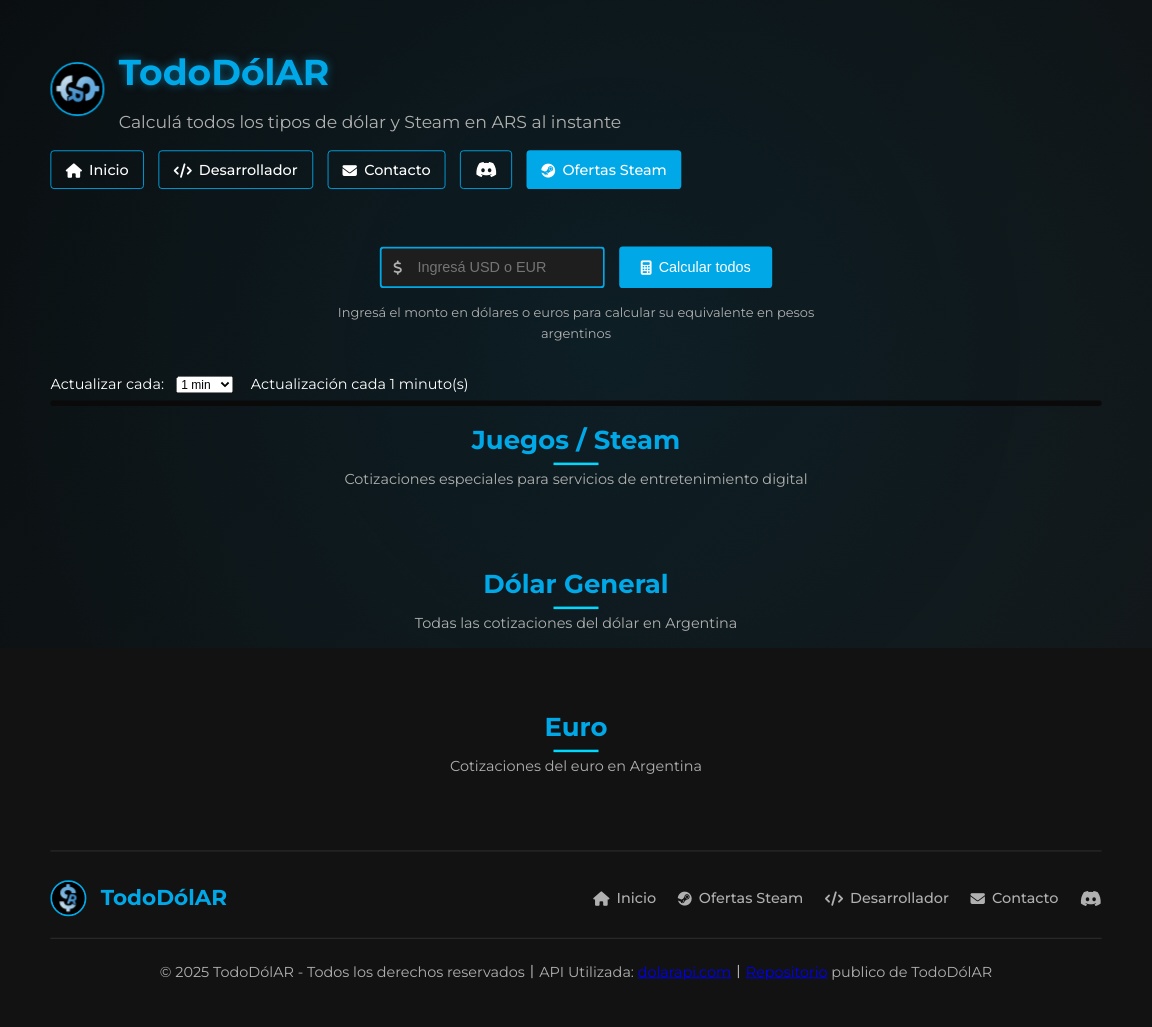
Repository: FabriDevelope/todod-lar-ar
Page: inicio/index.html
An editor plug-in stored every save of this project. The page is shown before and after the next save, followed by the edit.
The browser window is 1280 px wide. The pictures show the whole page, at 90% of full size.
The page's requests for data from a server got no answer.

Above is the page before, as saved 2025-09-06 23:19:35.

### inicio/index.html
<!DOCTYPE html>
<html lang="es">
<head>
    <meta charset="UTF-8">
    <meta name="viewport" content="width=device-width, initial-scale=1.0">
    <title>TodoDólAR - Calculá todos los tipos de dólar y Steam en ARS al instante</title>
    <link rel="stylesheet" href="../css/style.css">
    <link rel="icon" type="image/png" href="favicon.png">
    <link href="https://fonts.googleapis.com/css2?family=Montserrat:wght@400;500;700&display=swap" rel="stylesheet">
    <link rel="stylesheet" href="https://cdnjs.cloudflare.com/ajax/libs/font-awesome/6.4.0/css/all.min.css">
</head>
<body>
    <!-- Fondo animado -->
    <div class="animated-bg"></div>

    <div class="container">
        <!-- Header -->
        <header class="header">
            <div class="header-content">
                <div class="header-logo">
                    <img src="../logo/logo.png" alt="TodoDólar-AR Logo" class="logo-img">
                    <div>
                        <h1 class="header-title">TodoDólAR</h1>
                        <p class="header-subtitle">Calculá todos los tipos de dólar y Steam en ARS al instante</p>
                    </div>
                </div>
                <div class="header-links">
                    <a href="index.html" class="dev-link">
                        <i class="fas fa-home"></i> Inicio
                    </a>
                    <a href="../desarrollador/index.html" target="_blank" class="dev-link">
                        <i class="fas fa-code"></i> Desarrollador
                    </a>
                    <a href="../contacto/index.html" class="dev-link">
                        <i class="fas fa-envelope"></i> Contacto
                    </a>
                    <a href="../discord-invite/index.html" target="_blank" class="dev-link discord-link">
                        <i class="fab fa-discord"></i>
                    </a>
                    <a href="../ofertas-steam/index.html" target="_blank" class="steam-btn">
                        <i class="fab fa-steam"></i> Ofertas Steam
                    </a>
                </div>
            </div>
        </header>

        <!-- Input de cálculo -->
        <section class="calculation-section">
            <div class="input-container">
                <div class="input-group">
                    <i class="fas fa-dollar-sign input-icon"></i>
                    <input type="number" id="currency-input" placeholder="Ingresá USD o EUR" step="0.01" min="0">
                </div>
                <button id="calculate-all-btn" class="calculate-btn">
                    <i class="fas fa-calculator"></i> Calcular todos
                </button>
            </div>
            <p class="input-description">Ingresá el monto en dólares o euros para calcular su equivalente en pesos argentinos</p>
        </section>

        <div id="update-container" style="margin: 15px 0;">
            <label for="update-interval-select" style="color: var(--light-text); margin-right: 10px;">Actualizar cada:</label>
            <select id="update-interval-select">
                <option value="60000">1 min</option>
                <option value="300000">5 min</option>
                <option value="900000">15 min</option>
                <option value="3600000">1 hora</option>
            </select>
            <span id="update-text" style="color: var(--light-text); margin-left: 15px;">Actualización cada 1 minuto(s)</span>
            <div id="update-bar-container" style="background: var(--darker-bg); border-radius: 5px; overflow: hidden; height: 6px; margin-top: 5px;">
                <div id="update-bar" style="height: 100%; width: 0%; background: var(--accent-color); transition: width 0.1s linear;"></div>
            </div>
        </div>





        <!-- Tarjetas de Juegos/Steam -->
        <section class="card-section">
            <div class="section-header">
                <h2 class="section-title">Juegos / Steam</h2>
                <p class="section-description">Cotizaciones especiales para servicios de entretenimiento digital</p>
            </div>
            <div class="cards-grid" id="steam-cards">
                <!-- Las tarjetas se generarán con JavaScript -->
            </div>
        </section>

        <!-- Tarjetas de Dólar General -->
        <section class="card-section">
            <div class="section-header">
                <h2 class="section-title">Dólar General</h2>
                <p class="section-description">Todas las cotizaciones del dólar en Argentina</p>
            </div>
            <div class="cards-grid" id="general-cards">
                <!-- Las tarjetas se generarán con JavaScript -->
            </div>
        </section>

        <!-- Tarjetas de Euro -->
        <section class="card-section">
            <div class="section-header">
                <h2 class="section-title">Euro</h2>
                <p class="section-description">Cotizaciones del euro en Argentina</p>
            </div>
            <div class="cards-grid" id="euro-cards">
                <!-- Las tarjetas se generarán con JavaScript -->
            </div>
        </section>

        <!-- Footer -->
        <footer class="footer">
            <div class="footer-content">
                <div class="footer-logo">
                    <img src="../logo/logo.png" alt="TodoDólar-AR Logo" class="footer-logo-img">
                    <span class="footer-title">TodoDólAR</span>
                </div>
                <div class="footer-links">
                    <a href="index.html" class="footer-link">
                        <i class="fas fa-home"></i> Inicio
                    </a>
                    <a href="../ofertas-steam/index.html" target="_blank" class="footer-link">
                        <i class="fab fa-steam"></i> Ofertas Steam
                    </a>
                    <a href="../desarrollador/index.html" target="_blank" class="footer-link">
                        <i class="fas fa-code"></i> Desarrollador
                    </a>
                    <a href="../contacto/index.html" class="footer-link">
                        <i class="fas fa-envelope"></i> Contacto
                    </a>
                    <a href="../discord-invite/index.html" target="_blank" class="footer-link discord-link">
                        <i class="fab fa-discord"></i>
                    </a>
                </div>
            </div>
            <div class="footer-bottom">
                <p>&copy; 2025 TodoDólAR - Todos los derechos reservados丨API Utilizada: <a href="https://dolarapi.com/docs/argentina/" target="_blank">dolarapi.com</a>丨<a href="https://github.com/FabriDevelope/todod-lar-ar" target="_blank">Repositorio</a> publico de TodoDólAR</p>
            </div>
        </footer>
    </div>

    <!-- Modal para cálculo específico -->
    <div id="calc-modal" class="modal">
        <div class="modal-content">
            <div class="modal-header">
                <h3 class="modal-title" id="modal-title">Calculadora de Moneda</h3>
                <button class="modal-close-btn" id="modal-close-btn">
                    <i class="fas fa-times"></i>
                </button>
            </div>
            <div class="modal-body">
                <div class="calc-section">
                    <h4>ARS a <span id="currency-name">Moneda</span></h4>
                    <div class="calc-input-group">
                        <input type="number" id="ars-input" placeholder="Ingresá ARS" step="0.01" min="0">
                        <button class="calc-btn" id="ars-to-currency-btn">Calcular</button>
                    </div>
                    <div class="calc-result" id="ars-to-currency-result">
                        <span class="result-label">Resultado:</span>
                        <span class="result-value">0.00</span>
                    </div>
                </div>
                <div class="calc-section">
                    <h4><span id="currency-name-2">Moneda</span> a ARS</h4>
                    <div class="calc-input-group">
                        <input type="number" id="currency-input-modal" placeholder="Ingresá monto" step="0.01" min="0">
                        <button class="calc-btn" id="currency-to-ars-btn">Calcular</button>
                    </div>
                    <div class="calc-result" id="currency-to-ars-result">
                        <span class="result-label">Resultado:</span>
                        <span class="result-value">$0.00</span>
                    </div>
                </div>
            </div>
            <div class="modal-footer">
                <button class="modal-close-footer-btn" id="modal-close-footer-btn">Cerrar</button>
            </div>
        </div>
    </div>

    <script src="../js/script.js"></script>
</body>
</html>

Loaded but not shown: js/script.js (217 lines, source omitted); css/style.css (788 lines, source omitted)

After the next save:
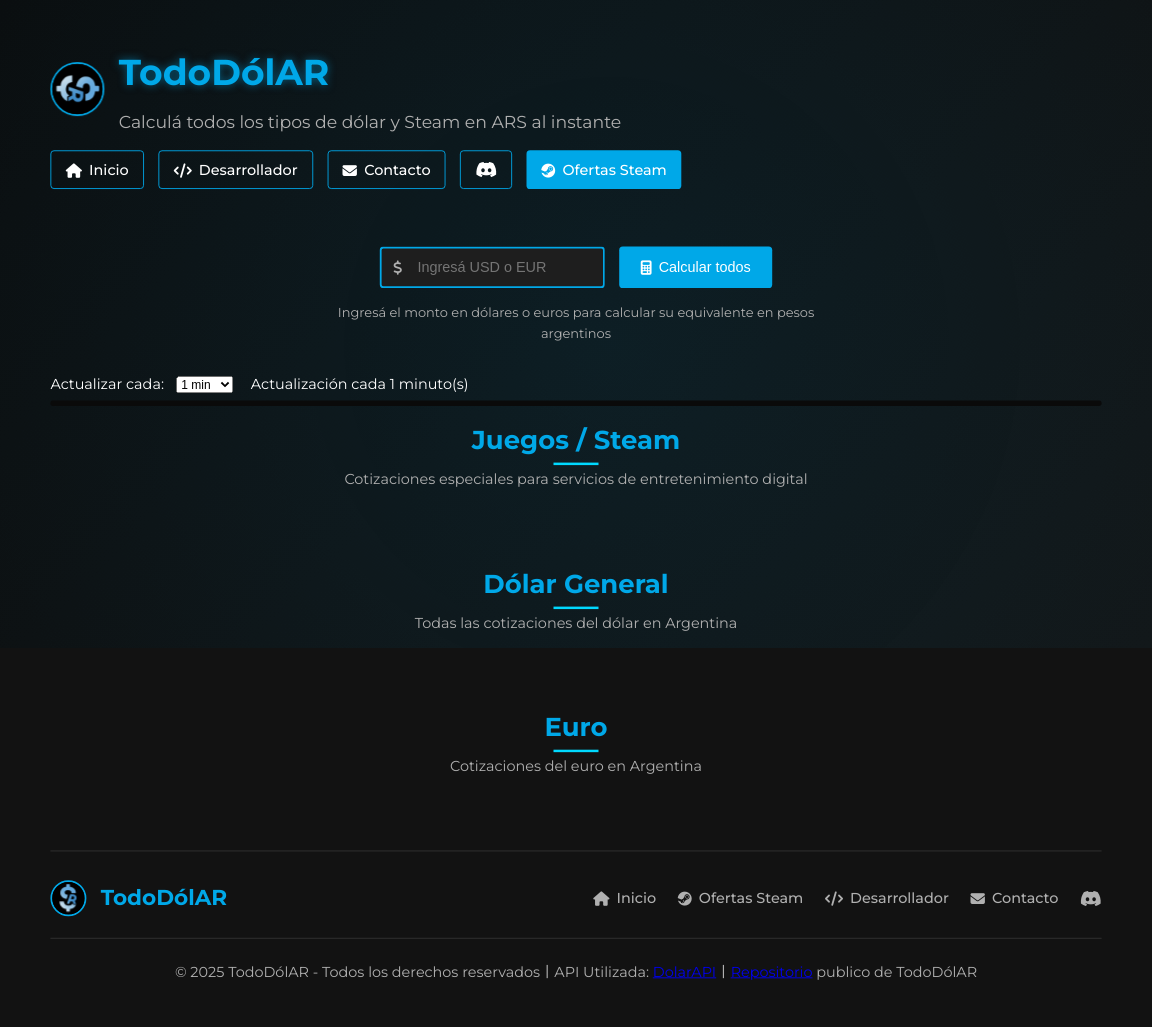
Saved 27 s later.
--- a/inicio/index.html
+++ b/inicio/index.html
@@ -135,7 +135,7 @@
                 </div>
             </div>
             <div class="footer-bottom">
-                <p>&copy; 2025 TodoDólAR - Todos los derechos reservados丨API Utilizada: <a href="https://dolarapi.com/docs/argentina/" target="_blank">dolarapi.com</a>丨<a href="https://github.com/FabriDevelope/todod-lar-ar" target="_blank">Repositorio</a> publico de TodoDólAR</p>
+                <p>&copy; 2025 TodoDólAR - Todos los derechos reservados丨API Utilizada: <a href="https://dolarapi.com/docs/argentina/" target="_blank">DolarAPI</a>丨<a href="https://github.com/FabriDevelope/todod-lar-ar" target="_blank">Repositorio</a> publico de TodoDólAR</p>
             </div>
         </footer>
     </div>
